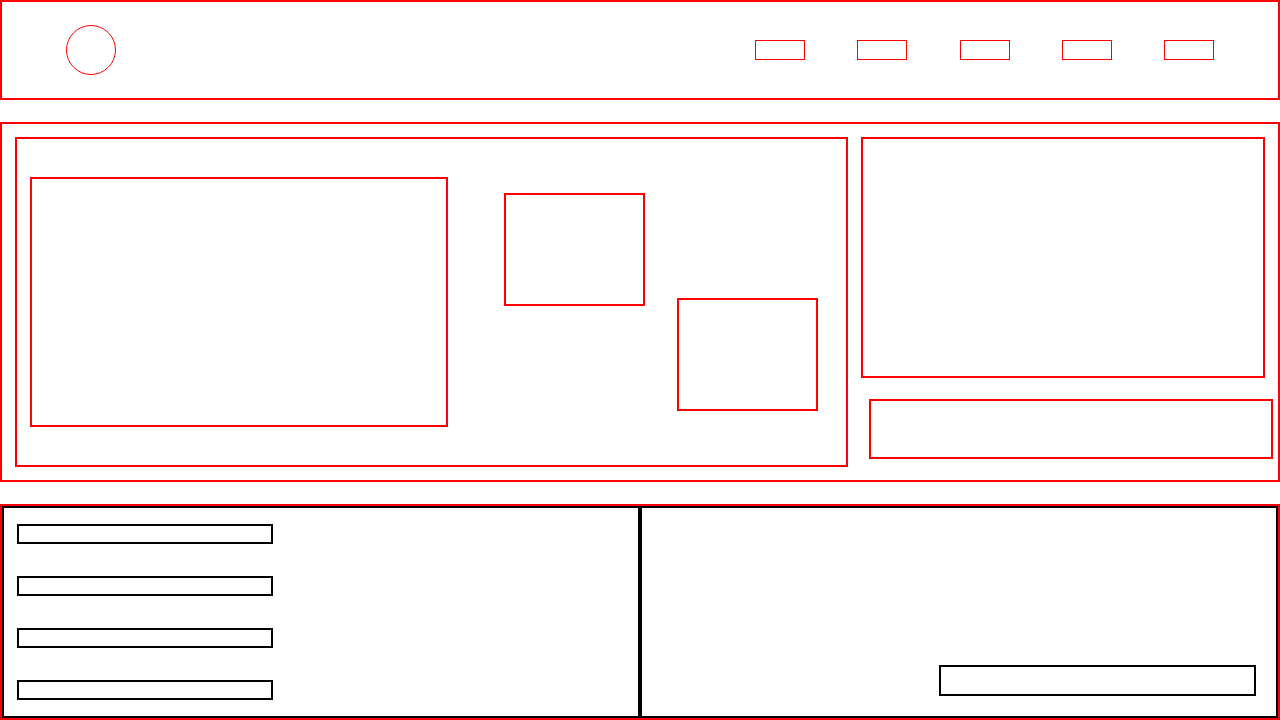
Repository: archangel88/elbrus_homework
Page: phase-0/week-3/day-4/flexbox/index.html
The author's editor kept a copy of each file at every save. The page is drawn from the files as they stood at one save, then again after the next save.
The browser window is 1280 px wide. The pictures show the whole page.

Above is the page before, as saved 2025-10-10 01:24:01.

### phase-0/week-3/day-4/flexbox/index.html
<!DOCTYPE html>
<html lang="en">
<head>
    <meta charset="UTF-8">
    <link rel="stylesheet" href="./css/styles.css">
    <title>Flexbox</title>
</head>
<body>
    <div class="flex-container">
        <header>
            <div class="header">
                <div class="logo"></div>
                <nav class="menu">
                    <div class="item1"></div>
                    <div class="item2"></div>
                    <div class="item3"></div>
                    <div class="item4"></div>
                    <div class="item5"></div>
                </nav>
            </div>
        </header>
        <main class="content">
            <div class="left block">
                <div class="block1 block"></div>
                <div class="block2 block"></div>
                <div class="block3 block"></div>
            </div>
            <div class="right">
                <div class="block1 block"></div>
                <div class="block2 block"></div>
            </div>
        </main>
        <footer class="footer">
            <div class="left block">
                <div class="block1 block"></div>
                <div class="block2 block"></div>
                <div class="block3 block"></div>
                <div class="block4 block"></div>
            </div>
            <div class="right block">
                <div class="block1 block"></div>
            </div>
        </footer>
    </div>
</body>
</html>

### phase-0/week-3/day-4/flexbox/css/styles.css
* {
    margin: 0;
    padding: 0;
    box-sizing: border-box;
}

.flex-container {
    width: 100vw;
    height: 100vh;

    display: flex;
    flex-direction: column;
    justify-content: space-between;
}

header {
    width: 100%;
    height: 100px;
    border: 2px solid rgb(255, 0, 0);

    display: flex;
    justify-content: center;
    align-items: center;
}

.header {
    display: flex;
    align-items: center;
    justify-content: space-between;

    width: 90%;
    height: 80%;
}

.logo {
    width: 50px;
    height: 50px;
    border-radius: 50%;
    border: 1px solid red;
}

.menu {
    display: flex;
    justify-content: space-between;
    width: 40%;
}

.menu > div {
    width: 50px;
    height: 20px;
    border: 1px solid rgb(255, 0, 0);
}

.content{
    display: flex;
    border: 2px solid rgb(255, 0, 0);
    height: 50vh;
}

.content .block{
    border: 2px solid red;
}

.content .left{
    width: 66.6%;
    display: flex;
    padding: 3% 1%;
    margin: 1%;
}

.content .right{
    width: 33.3%;
    display: flex;
    flex-direction: column;
    padding: 1% 1% 1% 0;
}

.content .left .block1{
    height: 100%;
    display: flex;
    width: 100%;
    margin-right: 5%;
}

.content .left .block2, .content .left .block3{
    height: 45%;
    width: 33.3%;
}

.content .left .block3{
    align-self: flex-end;
}

.content .right .block1{
    height: 80%;
    width: 100%;
}

.content .right .block2{
    height: 20%;
    width: 100%;
    margin-top: 5%;
}

.block{
    border: 2px solid rgb(255, 0, 0);
}

.footer{
    display: flex;
    border: 2px solid red;
    height: 30%;

}

.footer .block{
    border: 2px solid rgb(0, 0, 0);
}

.footer .left{
    width: 50%;
    height: 100%;
    display: flex;
    flex-direction: column;
    justify-content: space-around;
}

.footer .right{
    width: 50%;
    height: 100%;
    display: flex;
    align-items: flex-end;
    justify-content: flex-end;
}

.footer .left .block1,.block2,.block3,.block4{
    height: 10%;
    width: 20vw;
    margin: 2%;
}

.footer .right .block{
    height: 15%;
    width: 50%;
    margin: 20px;
}

After the next save:
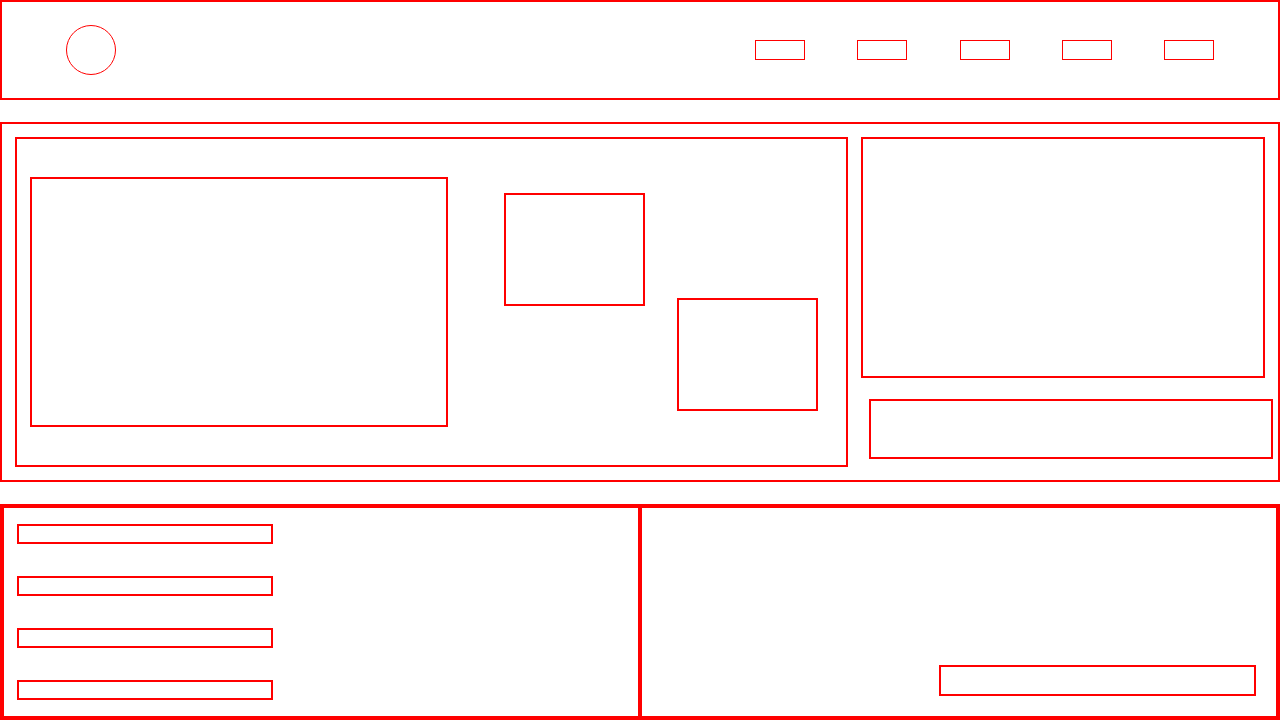
Saved 9 s later.
--- a/phase-0/week-3/day-4/flexbox/css/styles.css
+++ b/phase-0/week-3/day-4/flexbox/css/styles.css
@@ -114,7 +114,7 @@ header {
 }
 
 .footer .block{
-    border: 2px solid rgb(0, 0, 0);
+    border: 2px solid rgb(255, 0, 0);
 }
 
 .footer .left{
